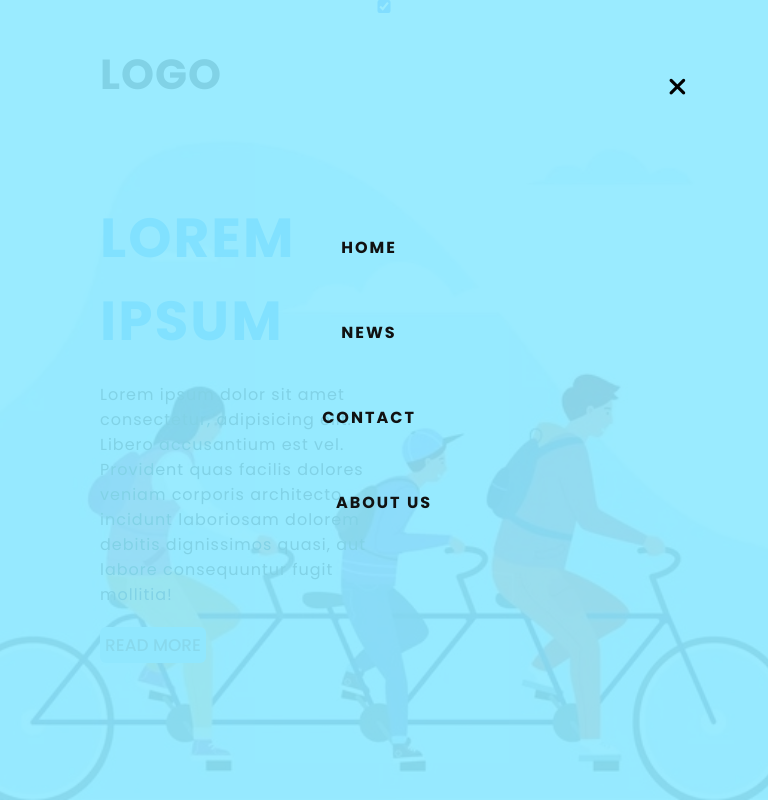
Repository: nganha241/1806
Page: index.html
The author's editor kept a copy of each file at every save. The page is drawn from the files as they stood at one save, then again after the next save.
The browser window is 768 px wide. The pictures show the whole page.
The first `#check` is checked.
Some web libraries are served in a nearby version.

Above is the page before, as saved 2022-06-18 16:39:00.

### index.html
<!DOCTYPE html>
<html lang="en">
  <head>
    <meta charset="UTF-8" />
    <meta http-equiv="X-UA-Compatible" content="IE=edge" />
    <meta name="viewport" content="width=device-width, initial-scale=1.0" />
    <title>Document</title>
    <link rel="stylesheet" href="style.css" />
    <script
      src="https://kit.fontawesome.com/ae971d7ee0.js"
      crossorigin="anonymous"
    ></script>
  </head>
  <body>
    <section>
      <input type="checkbox" id="check" />
      <header>
        <div class="logo">
          <h2>Logo</h2>
        </div>

        <div class="navigation">
          <a href="#">Home</a>
          <a href="#">News</a>
          <a href="#">Contact</a>
          <a href="#">About us</a>
        </div>
        <label for="check">
          <i class="fas fa-bars menu-btn"></i>
          <i class="fa fa-times close-btn"></i>
        </label>
      </header>
      <div class="content">
        <h1 class="title">LOREM IPSUM</h1>
        <p class="text">
          Lorem ipsum dolor sit amet consectetur, adipisicing elit. Libero
          accusantium est vel. Provident quas facilis dolores veniam corporis
          architecto incidunt laboriosam dolorem debitis dignissimos quasi, aut
          labore consequuntur fugit mollitia!
        </p>
        <button class="btn-more">READ MORE</button>
      </div>
    </section>
  </body>
</html>

### style.css
@import url('https://fonts.googleapis.com/css2?family=Poppins:wght@300;400;500;600;700;800;900&display=swap');

* {
    box-sizing: border-box;
    padding: 0;
    margin: 0;
    font-family: 'Poppins', sans-serif;
}

a {
    text-decoration: none;
}

section {
    width: 100%;
    min-height: 100vh;
    display: flex;
    flex-direction: column;
    justify-content: flex-start;
    background: url('./bg.jpg');
    background-size: cover;
    background-position: center;
}

section header {
    position: relative;
    top: 0;
    width: 100%;
    padding: 30px 100px;
    display: flex;
    justify-content: space-between;
    align-items: center;
}

.logo {
    position: relative;
    font-size: 28px;
    letter-spacing: 1px;
    cursor: pointer;
    text-transform: uppercase;
}

.navigation a{
   letter-spacing: 2px;
   background: none;
   padding: 5px 8px;
   text-transform: uppercase;
   font-weight: 500;
   border-radius: 20px;
   color: #111;
   transition: 0.4s;
    transition-property: background;
}

.navigation a:not(:last-child) {
    margin-right: 30px;
}

.navigation a:hover {
    color: #fff;
    background: rgb(102, 167, 252);
    transition: 0.4s;
}

.content {
    margin: 60px 100px;
    width: 40%;
}

.title {
    margin-bottom: 20px;
    text-transform: uppercase;
    font-weight: 700;
    font-size: 55px;
    color: #0296FC;
    letter-spacing: 2px;
}

.text {
    margin-bottom: 20px;
    letter-spacing: 1px;
}

.btn-more {
    background: #9DD4FA;
    border: none;
    border-radius: 6px;
    padding: 5px;
    font-size: 17px;
    cursor: pointer;
    font-weight: 500;
    color: rgb(73, 74, 72);
    transition: 0.4s;
    transition-property: transform;
}

.btn-more:hover {
    transform: scale(1.1);
}

label {
    display: none;
}



#check {
    /* display: none; */
}



@media (max-width: 960px) {
    header .navigation {
        display: none;
    }
    label {
        display: block;
        cursor: pointer;
        font-size: 25px;
    }

    label .close-btn {
        display: none;
    }

    #check:checked ~ header .navigation {
        z-index: 2;
        position: fixed;
        top: 0;
        bottom: 0;
        left: 0;
        right: 0;
        background: rgba(144, 233, 255, 0.9);
        display: flex;
        flex-direction: column;
        justify-content: center;
        align-items: center;
    }

    #check:checked ~ header .navigation a {
        margin-bottom: 50px;
        font-weight: 700;
    }

    #check:checked ~ header label .menu-btn {
        display: none;
    }

    #check:checked ~ header label .close-btn {
        z-index: 2;
        display: block;
        position: fixed;
    }

    label .menu-btn {
        position: absolute;
    }


}

After the next save:
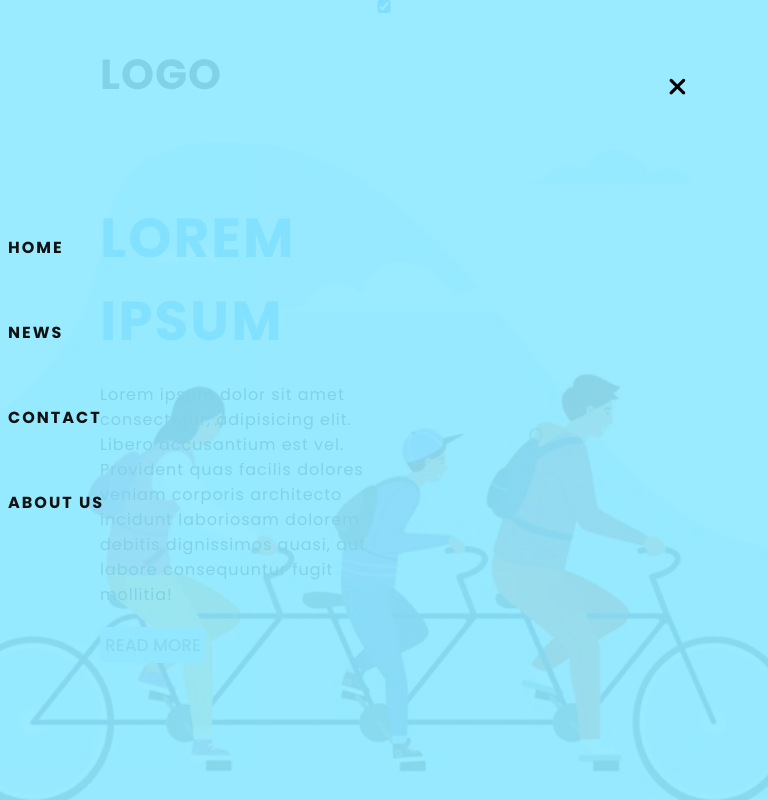
Saved 38 s later.
--- a/style.css
+++ b/style.css
@@ -135,7 +135,7 @@
         display: flex;
         flex-direction: column;
         justify-content: center;
-        align-items: center;
+        /* align-items: center; */
     }
 
     #check:checked ~ header .navigation a {

After the save that followed:
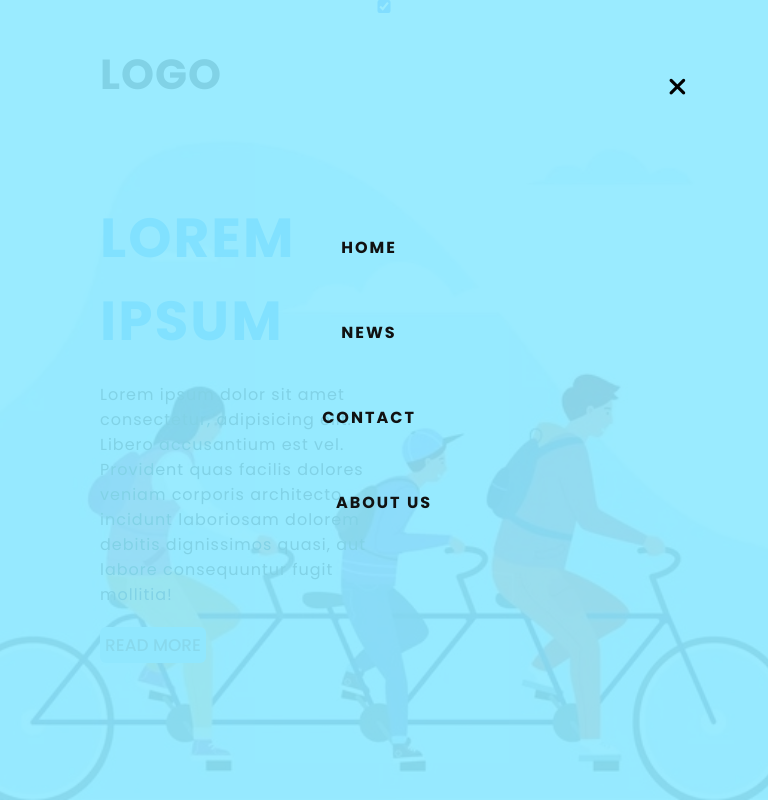
Saved 5 s later.
--- a/style.css
+++ b/style.css
@@ -135,7 +135,7 @@
         display: flex;
         flex-direction: column;
         justify-content: center;
-        /* align-items: center; */
+        align-items: center;
     }
 
     #check:checked ~ header .navigation a {
